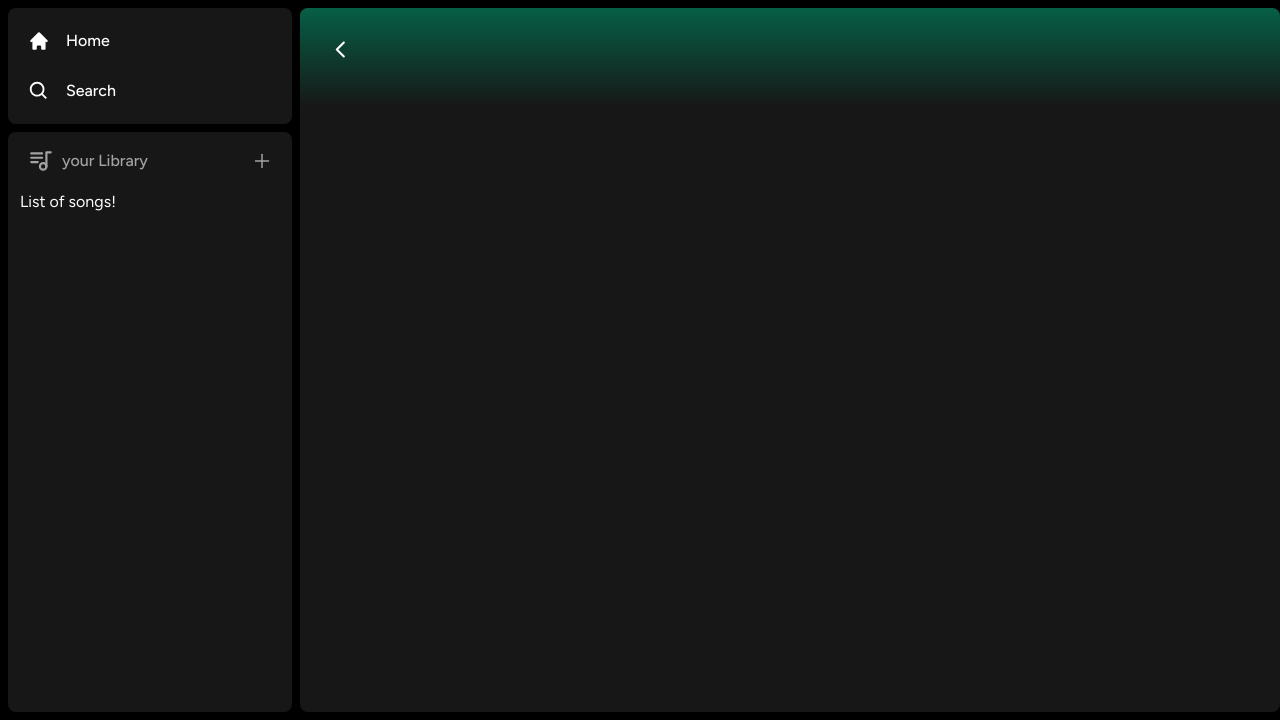
Repository: kjh4357/clone-spotify
Page: /
An editor plug-in stored every save of this project. The page is shown before and after the next save, followed by the edit.
The browser window is 1280 px wide. The pictures show the whole page.
The project was rebuilt for these pictures with package versions that can differ from the ones it lists, and the page was loaded fresh each time. The framework's server and built-in components were replaced by stand-ins that run in the browser. Also part of the build but not shown: next.config.mjs.

Above is the page before, as saved 2024-09-25 17:23:05.

After the next save:
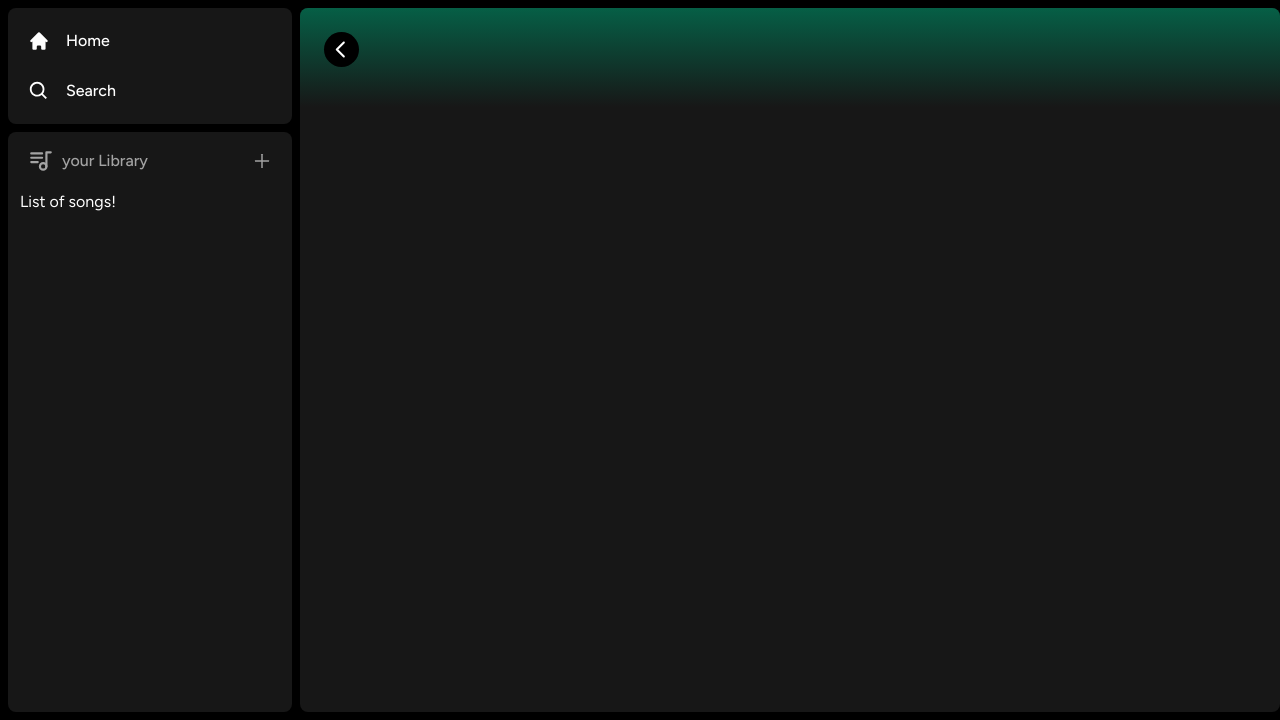
Saved 27 s later.
--- a/src/components/Header.tsx
+++ b/src/components/Header.tsx
@@ -22,7 +22,7 @@ const Header: React.FC<HeaderProps> = ({ children, classname }) => {
     >
       <div className='w-full mb-4 flex items-center justify-between'>
         <div className='hidden md:flex gap-x-2 items-center'>
-          <button>
+          <button className='rounded-full bg-black flex items-center justify-center'>
             <RxCaretLeft className='text-white' size={35} />
           </button>
         </div>
